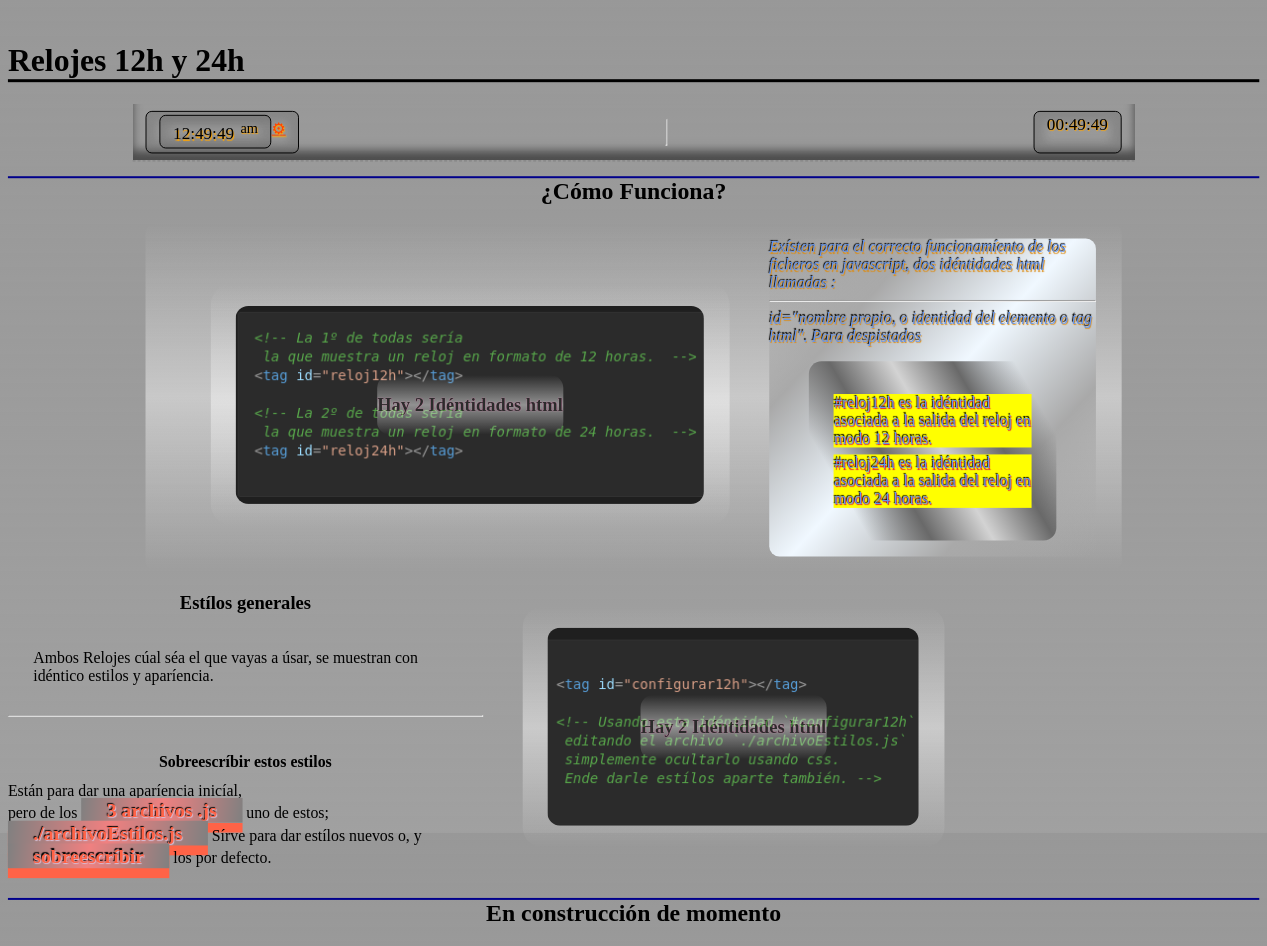
Repository: marcostonfor/clocks
Page: index.html
These files come from the project's save history. The page is drawn as it stood at one moment and after the next save; the edit follows.
The browser window is 1280 px wide. The pictures show the whole page, at 99% of full size.

Above is the page before, as saved 2024-09-19 01:28:50.

After the next save:
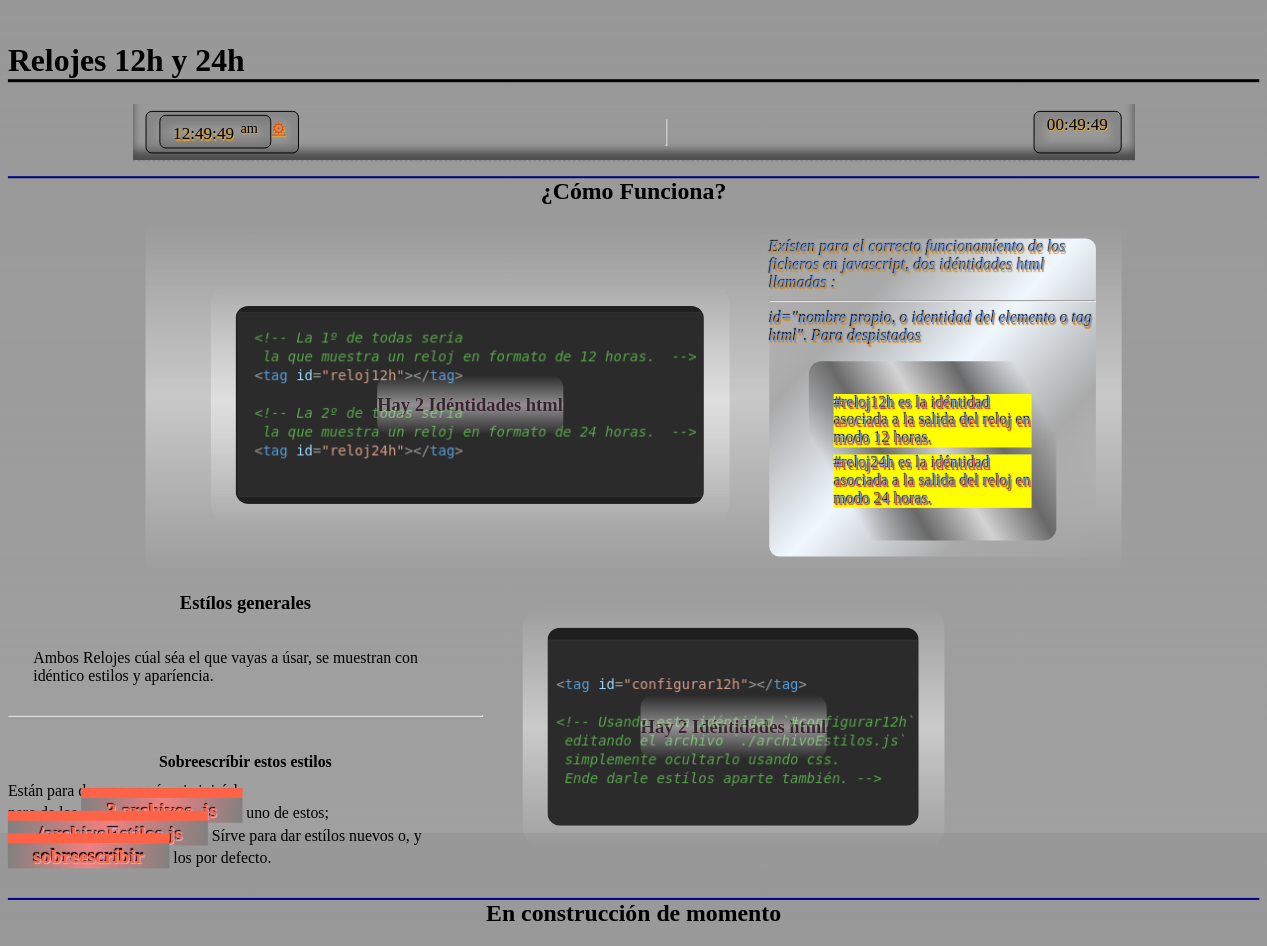
Saved 6 s later.
--- a/index.html
+++ b/index.html
@@ -142,7 +142,7 @@
             padding: 0.2vh 2vw;
             color: tomato;
             text-shadow: 0.1vh 0.1vw 1px thistle, -0.1vh -0.1vw 1px black;
-            box-shadow: 0 10px ;
+            box-shadow: 0 -10px ;
         }
     </style>
 </head>
